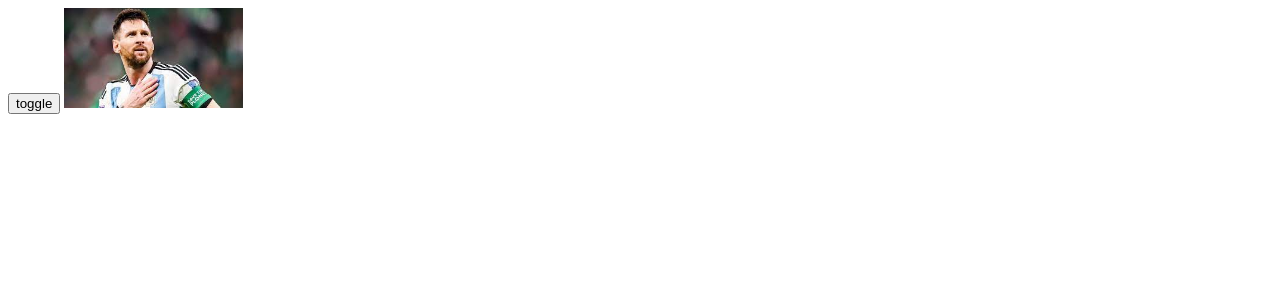
Repository: albinsabu2023/Stopwatch-program
Page: index.html
These files come from the project's save history. The page is drawn as it stood at one moment and after the next save; the edit follows.
The browser window is 1280 px wide. The pictures show the whole page.

Above is the page before, as saved 2023-03-03 18:33:48.

After the next save:
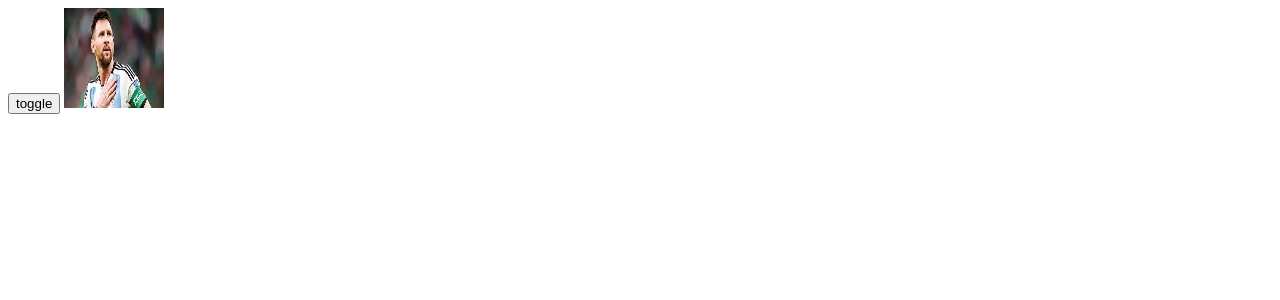
Saved 14 s later.
--- a/style.css
+++ b/style.css
@@ -1,3 +1,4 @@
 img{
-    height:100px
+    height:100px;
+    width:100px;
 }
